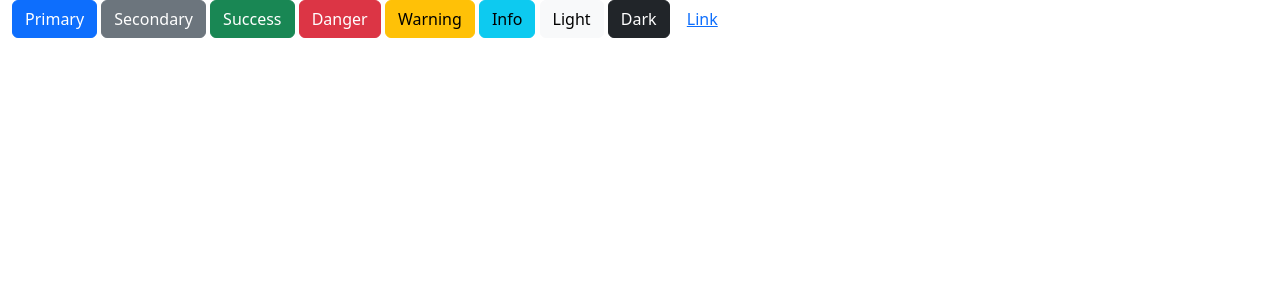
Repository: lemoueno/programme_dev_fullstack
Page: bootstrap/buttoms/buttms.html
The author's editor kept a copy of each file at every save. The page is drawn from the files as they stood at one save, then again after the next save.
The browser window is 1280 px wide. The pictures show the whole page.

Above is the page before, as saved 2023-12-03 17:29:10.

After the next save:
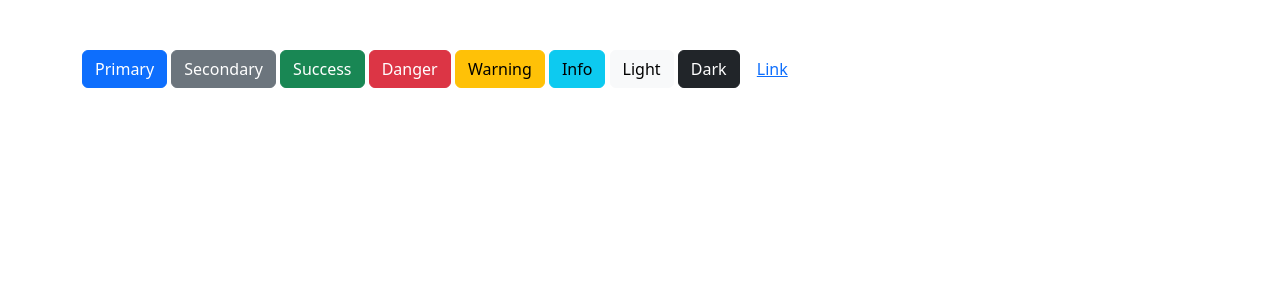
Saved 46 s later.
--- a/bootstrap/buttoms/buttms.html
+++ b/bootstrap/buttoms/buttms.html
@@ -7,7 +7,7 @@
     <title>Document</title>
 </head>
 <body>
-    <d class="container" style="margin-top: 50px;">
+    <div class="container" style="margin-top: 50px;">
             <button type="button" class="btn btn-primary">Primary</button>
             <button type="button" class="btn btn-secondary">Secondary</button>
             <button type="button" class="btn btn-success">Success</button>
